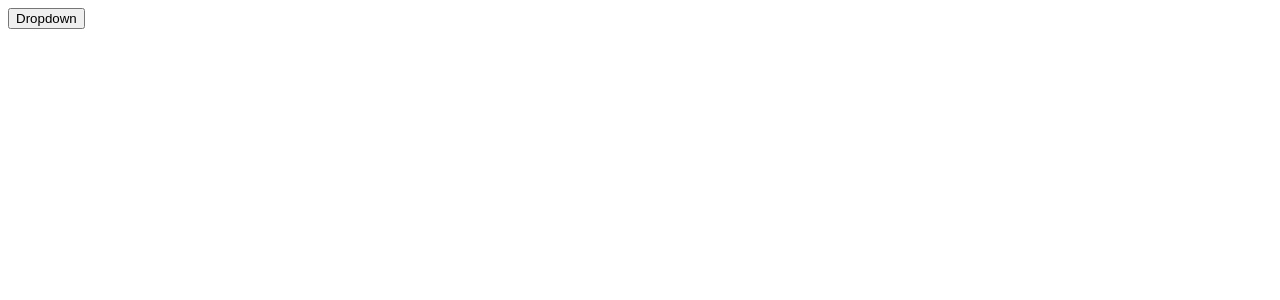
Repository: nvngon2604/Git
Page: web/index.html
An editor plug-in stored every save of this project. The page is shown before and after the next save, followed by the edit.
The browser window is 1280 px wide. The pictures show the whole page.

Above is the page before, as saved 2020-05-10 17:03:55.

### web/index.html
<!DOCTYPE html>
<html lang="en">
<head>
    <meta charset="UTF-8">
    <meta name="viewport" content="width=device-width, initial-scale=1.0">
    <title>Document</title>
    <link rel="stylesheet" href="web.css">
</head>
<body>
    <div class="dropdown">
        <button type="button" class="dropbtn">
            Dropdown
        </button>
        <div class="dropdown-content">
            <a href="#">Link 1</a>
            <a href="#">Link 2</a>
            <a href="#">Link 3</a>
        </div>
    </div>
</body>
</html>

### web/web.css
* {
    font-family: sans-serif;
}
span {
    background-color: #58ab5b;
    color: rgb(251, 251, 251);
    padding: 16px;
    font-size: 16px;
    border: none;
}
.dropdown {
    position: relative;
}
.dropdown-content {
    position: absolute;
    display: none;
    background-color: #f1f1f1;
    min-width: 80px;
    box-shadow: 0 8px 16px 0px rgba(0, 0, 0, 0.2);
}
.dropdown-content p {
    color:black;
    padding: 12px 16px;
}
.dropdown:hover .dropdown-content {
    display: block;
}

After the next save:
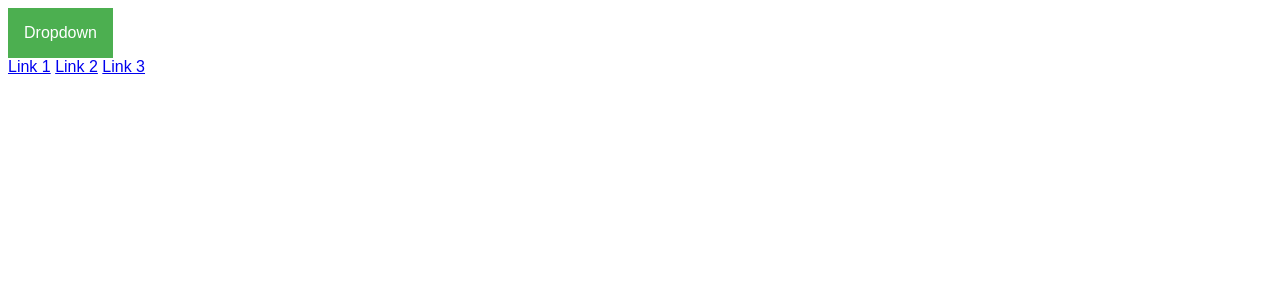
Saved 68 s later.
--- a/web/web.css
+++ b/web/web.css
@@ -1,27 +1,10 @@
 * {
     font-family: sans-serif;
 }
-span {
-    background-color: #58ab5b;
-    color: rgb(251, 251, 251);
+.dropbtn {
+    background-color: #4caf50;
+    color:white;
     padding: 16px;
     font-size: 16px;
-    border: none;
+    border:none;
 }
-.dropdown {
-    position: relative;
-}
-.dropdown-content {
-    position: absolute;
-    display: none;
-    background-color: #f1f1f1;
-    min-width: 80px;
-    box-shadow: 0 8px 16px 0px rgba(0, 0, 0, 0.2);
-}
-.dropdown-content p {
-    color:black;
-    padding: 12px 16px;
-}
-.dropdown:hover .dropdown-content {
-    display: block;
-}
